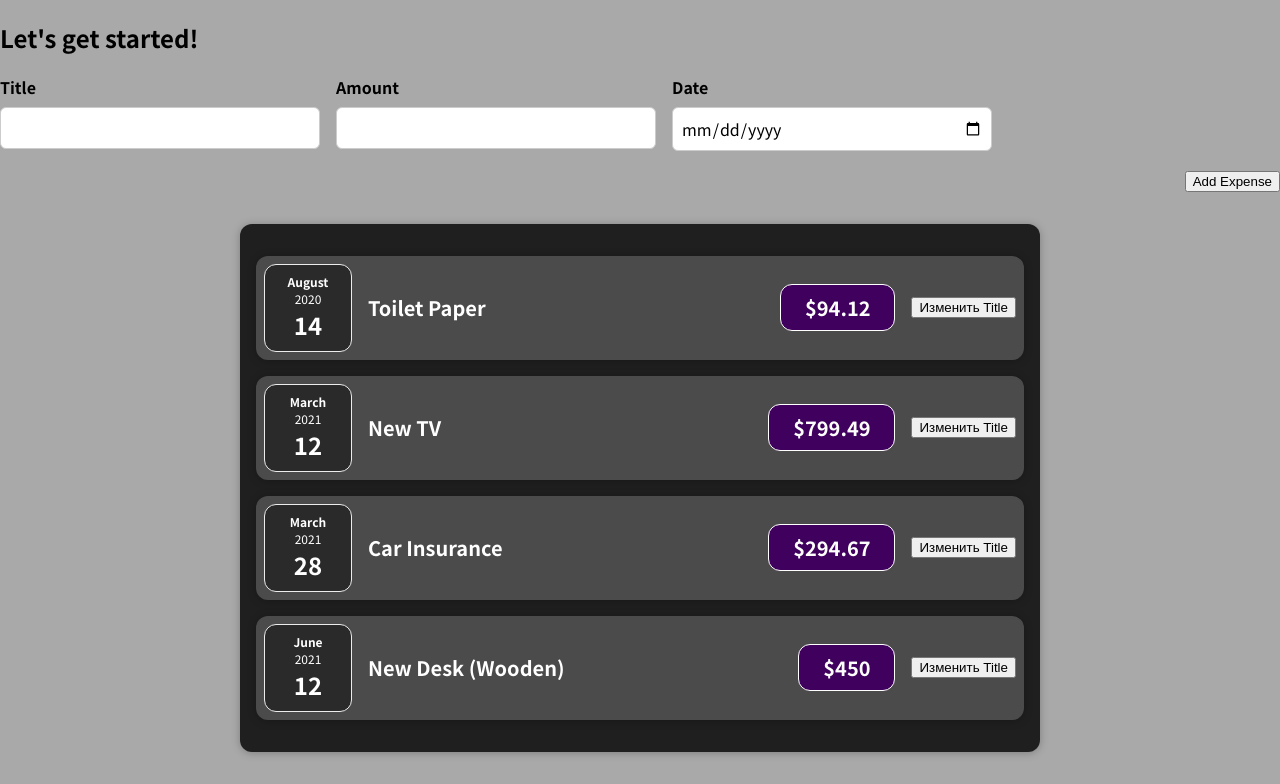
Repository: otvertka/MSC
Page: /
The author's editor kept a copy of each file at every save. The page is drawn from the files as they stood at one save, then again after the next save.
The browser window is 1280 px wide. The pictures show the whole page.
The project was rebuilt for these pictures with package versions that can differ from the ones it lists, and the page was loaded fresh each time.

Above is the page before, as saved 2023-06-22 12:10:56.

After the next save:
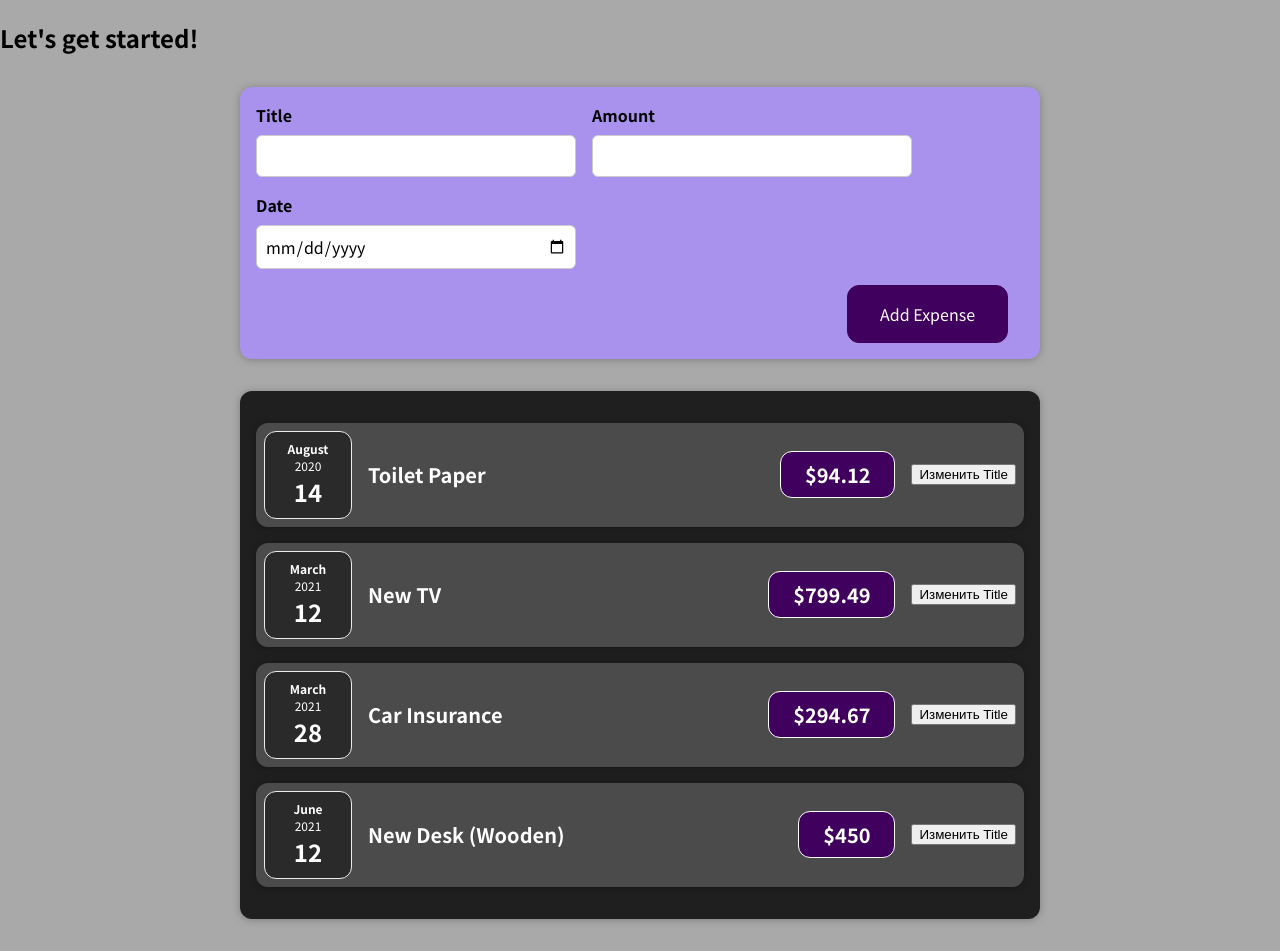
Saved 96 s later.
--- a/src/components/NewExpense/NewExpense.js
+++ b/src/components/NewExpense/NewExpense.js
@@ -1,5 +1,6 @@
 import React from "react";
 import ExpenseForm from "./ExpenseForm";
+import "./NewExpense.css";
 
 const NewExpense = () => {
   return (
